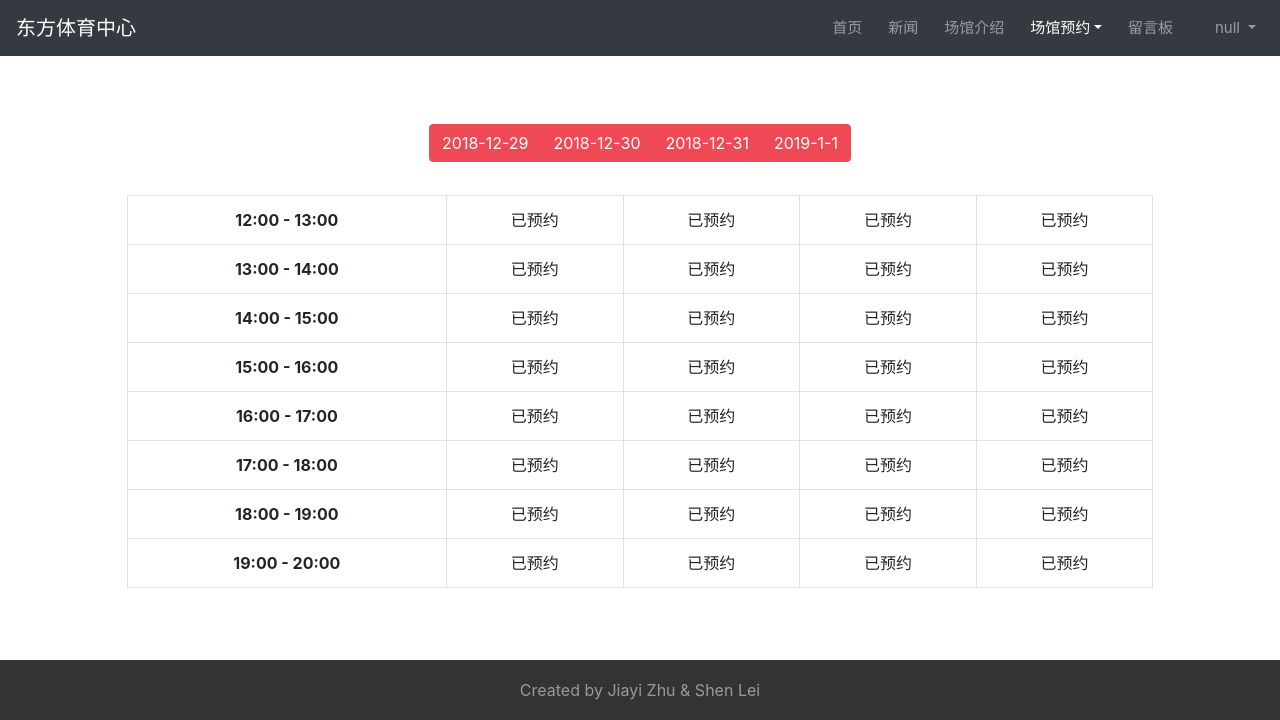
Repository: yueyue200830/Gym-Reservation
Page: http://localhost/reservation/reservation.jsp?rnvid=1
An editor plug-in stored every save of this project. The page is shown before and after the next save, followed by the edit.
The browser window is 1280 px wide. The pictures show the whole page.
Some web fonts or font styles are not loaded; a fallback is used. The page is served by Tomcat 9. Queries for data that is not in the repository find no rows.

Above is the page before, as saved 2018-12-28 06:14:36.

After the next save:
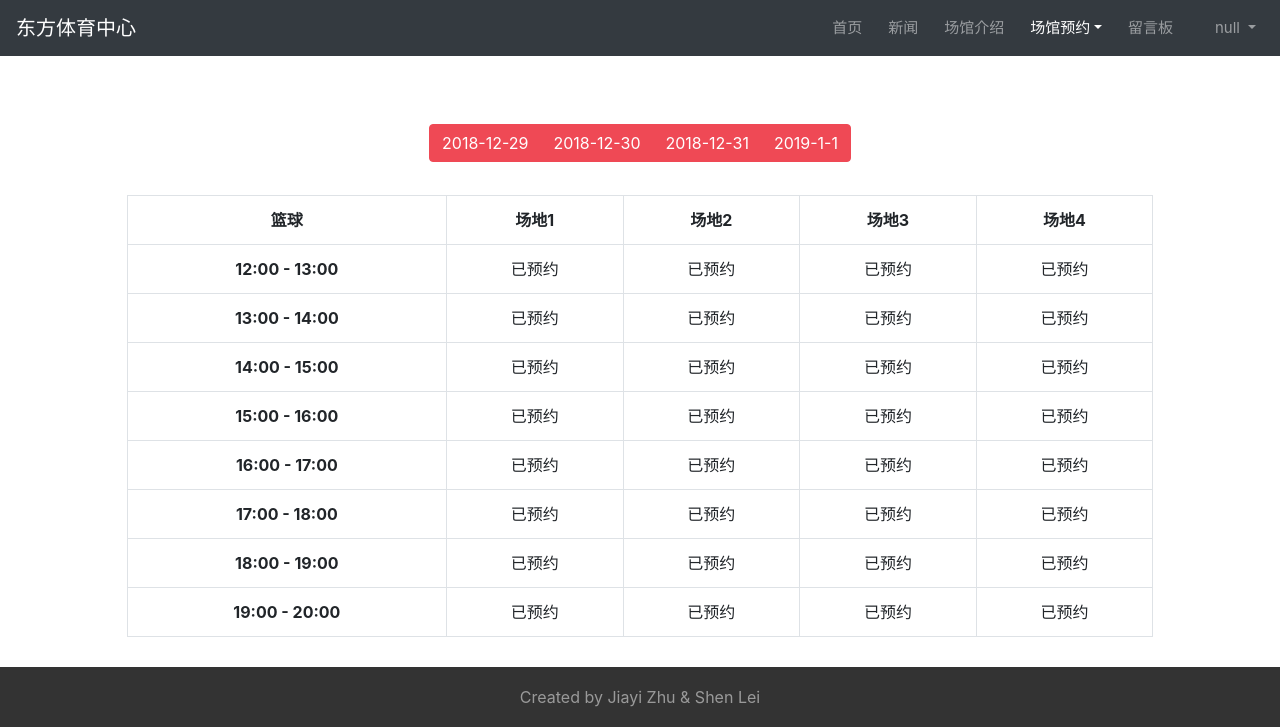
Saved 53 s later.
--- a/reservation/WebContent/reservation.jsp
+++ b/reservation/WebContent/reservation.jsp
@@ -159,7 +159,7 @@
 					list += "排球";
 				}
 				list += "</th><th>场地1</th><th>场地2</th><th>场地3</th><th>场地4</th></tr>";
-				$("#reservation-table").append(item);
+				$("#reservation-table").append(list);
 				for (var j = 0; j < 8; j++) {
 					var item = "<th>" + (j + 12) + ":00 - " + (j + 13) + ":00</th>";
 					for (var i = 0; i < 4; i++) {
